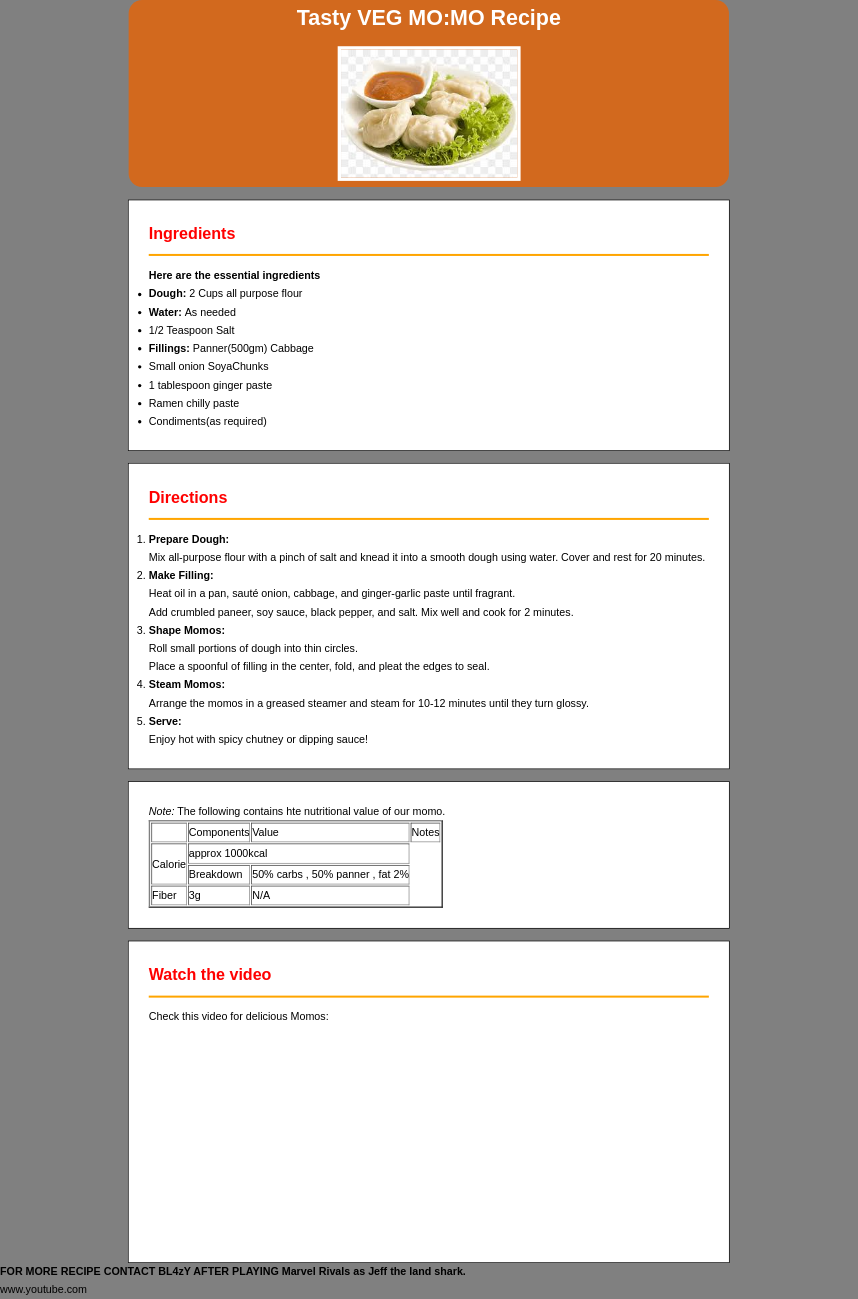
Repository: GigaByte6610/recipe
Page: index.html
These files come from the project's save history. The page is drawn as it stood at one moment and after the next save; the edit follows.
The browser window is 1280 px wide. The pictures show the whole page, at 67% of full size.
Pictures or frames that could not be fetched are drawn as grey boxes.

Above is the page before, as saved 2025-02-05 04:34:08.

After the next save:
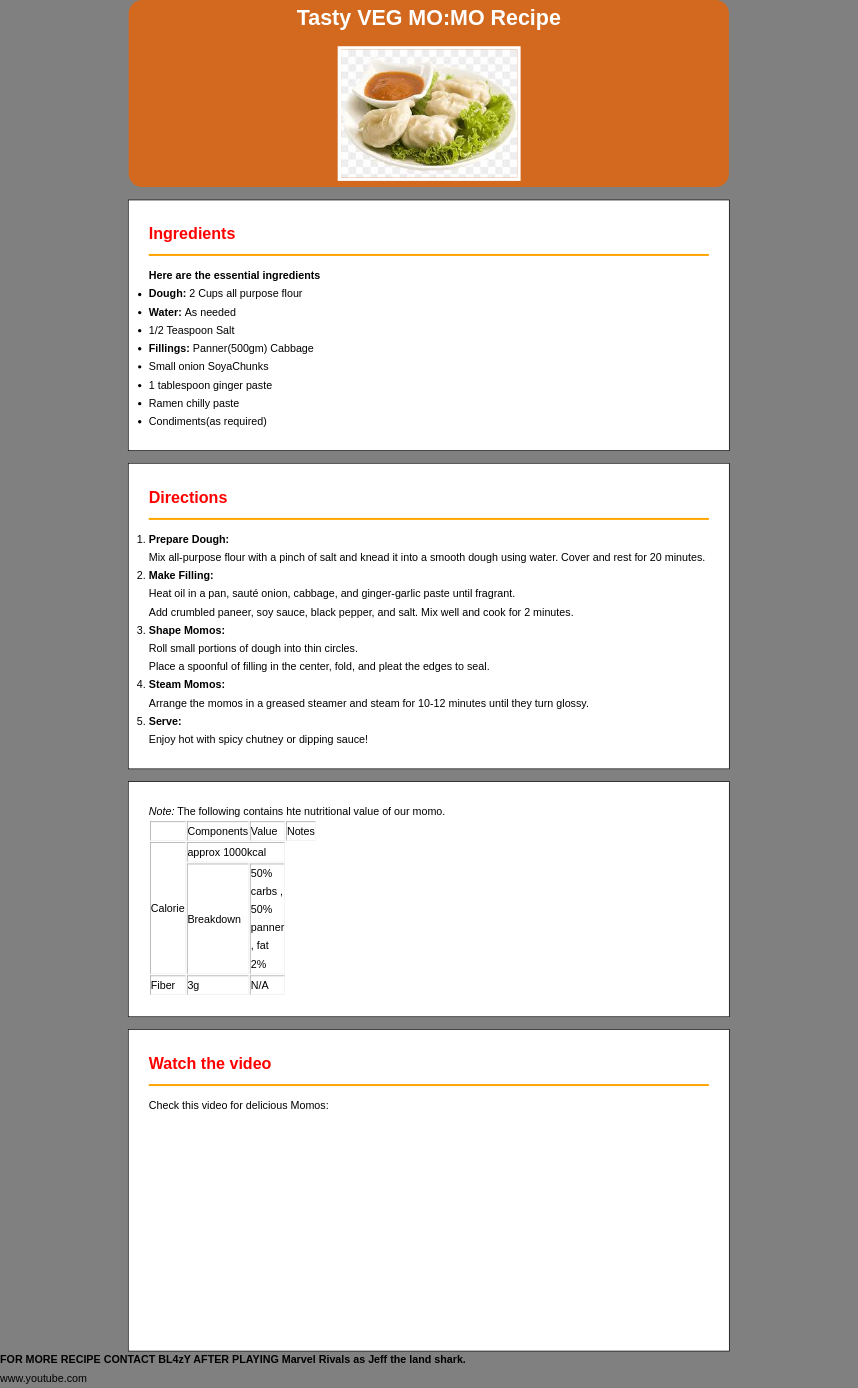
Saved 53 s later.
--- a/style.css
+++ b/style.css
@@ -46,3 +46,8 @@ section h2 {
     padding-bottom: 10px;
     margin-bottom: 15px;
 }
+
+table {
+    width: 100px;
+    border: 0;
+}
